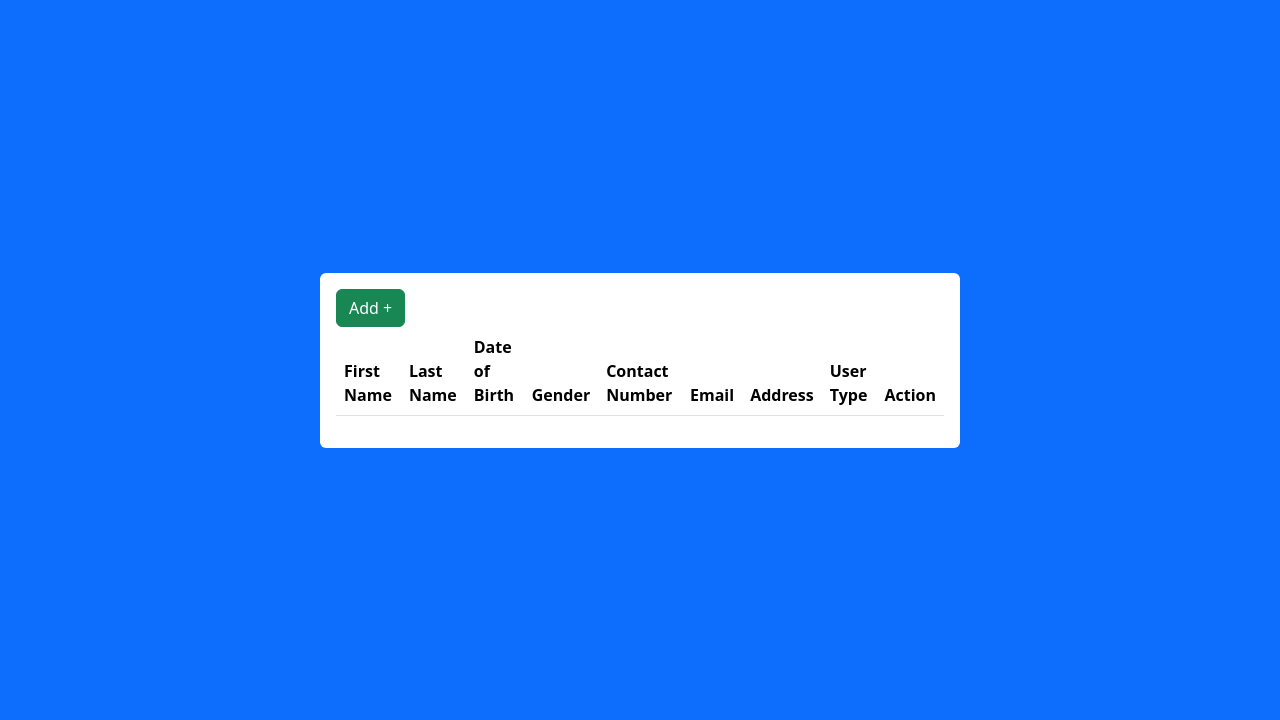
Repository: Puttaz/InsuranceGUI_React
Page: /viewusers (app in client/)
The author's editor kept a copy of each file at every save. The page is drawn from the files as they stood at one save, then again after the next save.
The browser window is 1280 px wide. The pictures show the whole page.
The page's requests for data from a server got no answer. The project was rebuilt for these pictures with package versions that can differ from the ones it lists, and the page was loaded fresh each time. No one was signed in, and anything a server would have sent is missing. Also part of the build but not shown: client/vite.config.js, client/src/CreateUser.jsx, client/src/UpdateUser.jsx.

Above is the page before, as saved 2023-12-06 14:31:23.

After the next save:
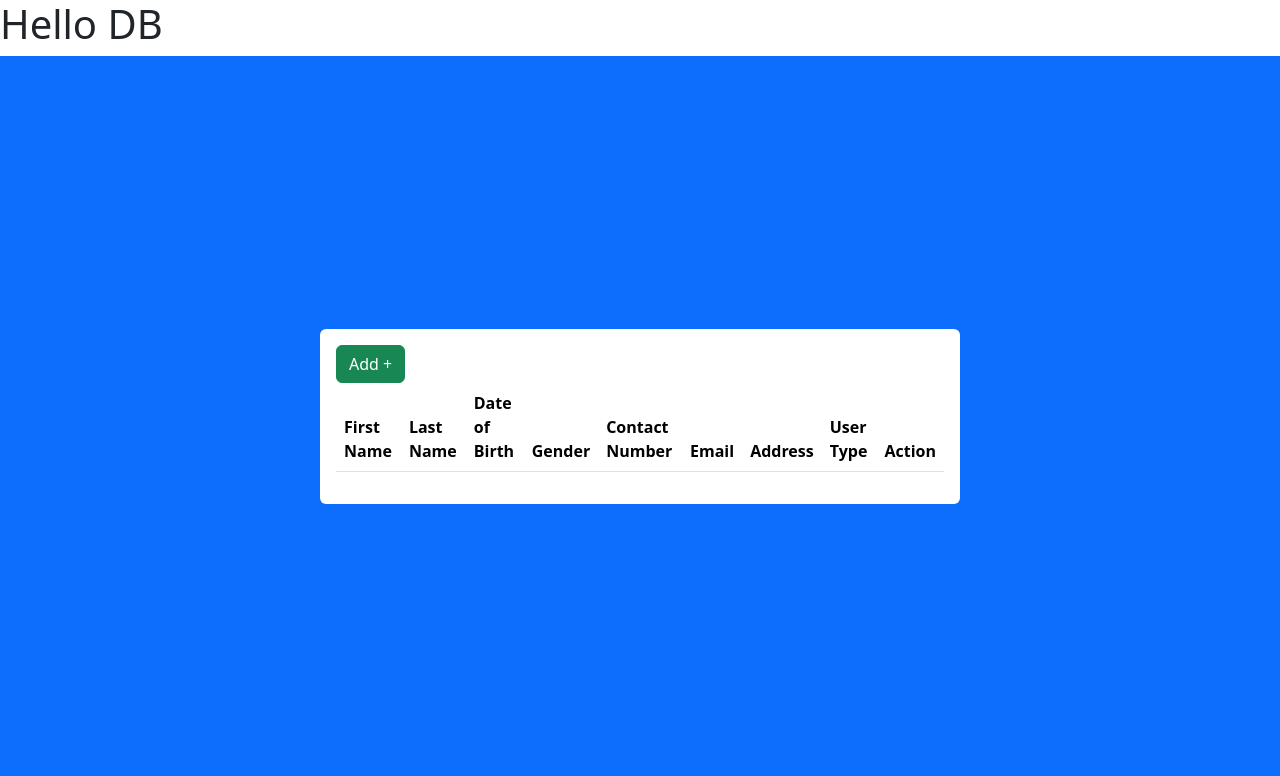
Saved 51 min 14 s later.
--- a/client/src/App.jsx
+++ b/client/src/App.jsx
@@ -11,6 +11,7 @@ function App() {
 
   return (
     <div>
+      <h1>Hello DB</h1>
       <BrowserRouter>
         <Routes>
           <Route path='/viewusers' element = {<Users />}></Route>
